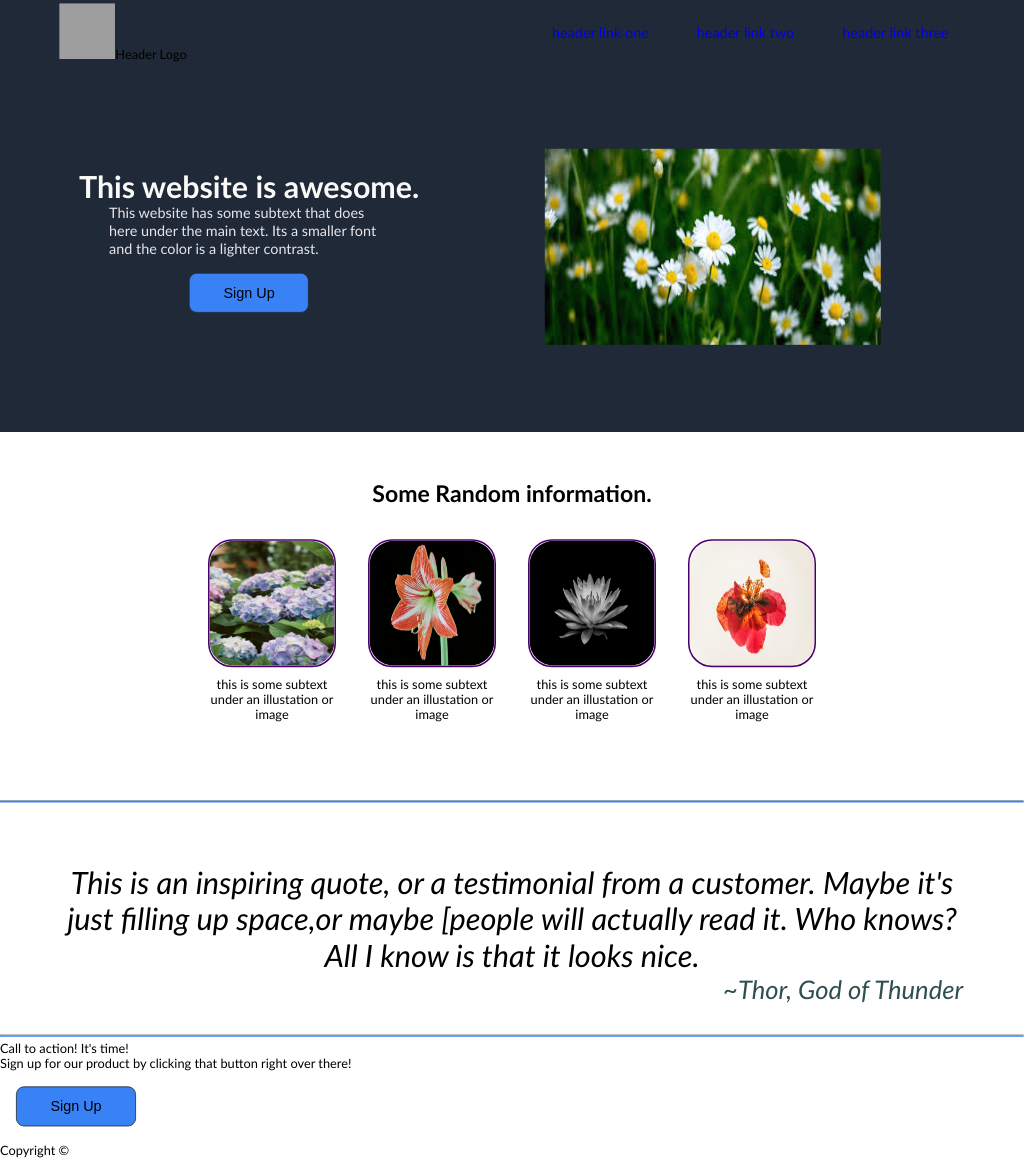
Repository: CassieHardluck/Landing-Page
Page: index.html
These files come from the project's save history. The page is drawn as it stood at one moment and after a run of saves; the edit follows.
The browser window is 1280 px wide. The pictures show the whole page, at 80% of full size.
Pictures or frames that could not be fetched are drawn as grey boxes. Some web libraries are served in a nearby version.

Above is the page before, as saved 2024-06-02 07:55:32.

After the next 2 saves:
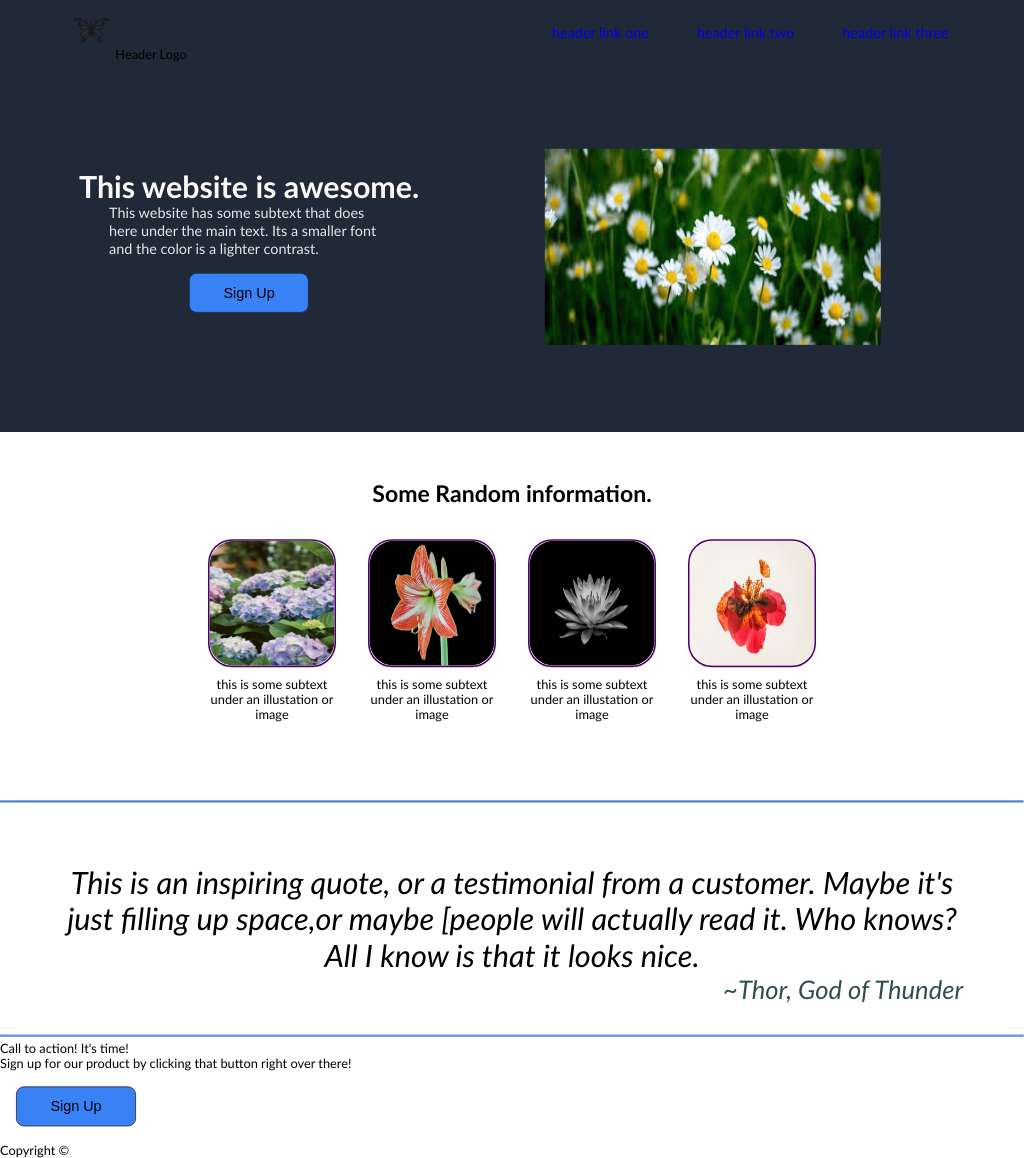
The 2 saves are shown as one change because they came seconds apart.
The last was saved 6 s later.
--- a/index.html
+++ b/index.html
@@ -20,7 +20,7 @@
 
         <!-- logo -->
         <div class="img-div">
-          <img class="logo-img" src="./but" alt="logo">Header Logo
+          <img class="logo-img" src="./images/butterfly-decoration-free-svg-file-SvgHeart.Com-4.png" alt="logo">Header Logo
         </div>
 
         <!-- spacer to help my flex items fall into place right -->
